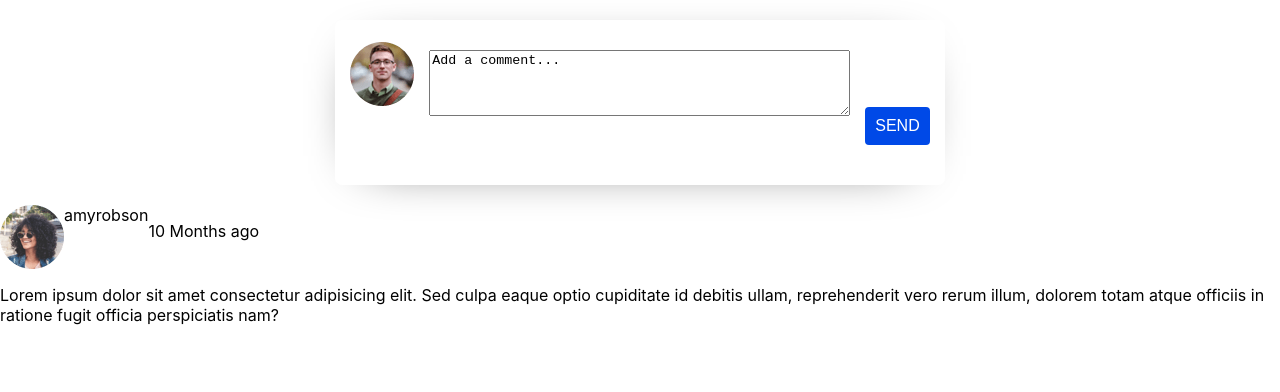
Repository: badhon252/interactive-comments-section
Page: /
These files come from the project's save history. The page is drawn as it stood at one moment and after the next save; the edit follows.
The browser window is 1280 px wide. The pictures show the whole page.
The project was rebuilt for these pictures with package versions that can differ from the ones it lists, and the page was loaded fresh each time.

Above is the page before, as saved 2022-01-27 21:58:18.

After the next save:
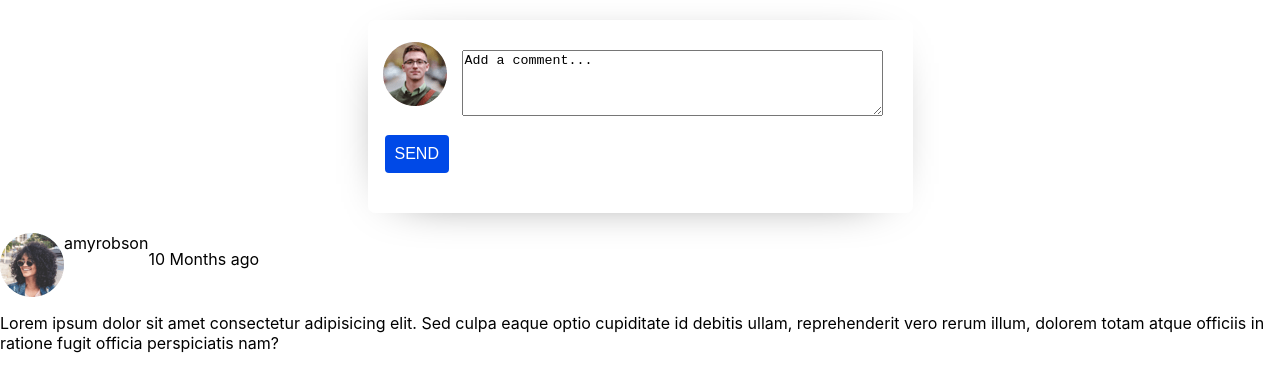
Saved 2 min 15 s later.
--- a/src/components/WriteComments.js
+++ b/src/components/WriteComments.js
@@ -11,7 +11,9 @@ export default function WriteComments() {
           <textarea name="" id="" rows="4" cols="50">
             Add a comment...
           </textarea>
-          <button className="submit-btn">SEND</button>
+          <legend>
+            <button className="submit-btn">SEND</button>
+          </legend>{" "}
         </form>{" "}
       </div>
       <Comments />
